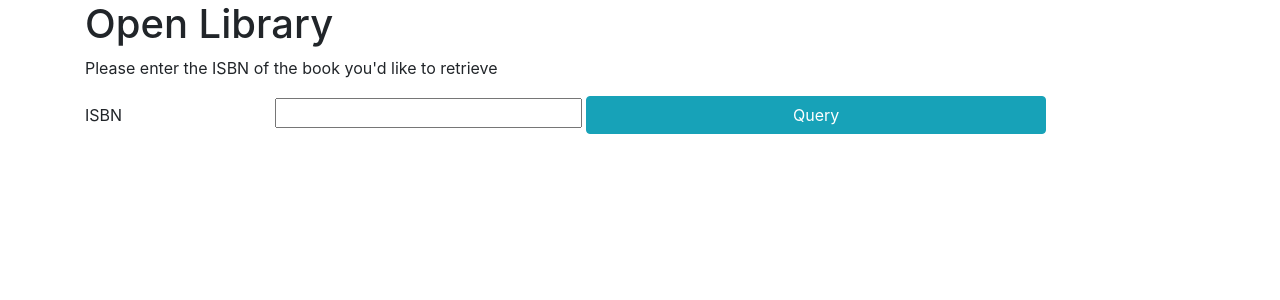
Repository: Voraphi/Jesus_Caballero-CST336-MIDTERM
Page: exams/midterm/index.html
The author's editor kept a record of every edit. The page is drawn from the files as they stood at one moment, then again after the next edit.
The browser window is 1280 px wide. The pictures show the whole page.

Above is the page before.

After the next edit:
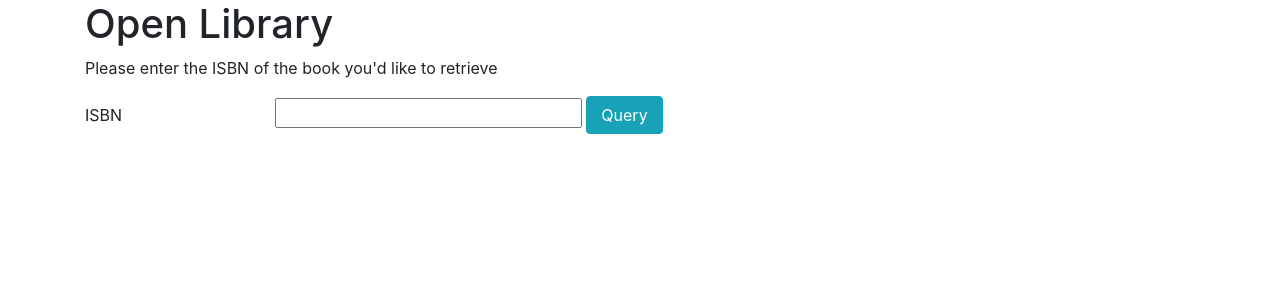
The edit:
--- a/exams/midterm/index.html
+++ b/exams/midterm/index.html
@@ -20,7 +20,7 @@
                 <div class="col-sm-10">
                     <span><input type="text" name="isbn" id="isbn" class="col-sm-4"/></span>
                     <!--<input type="password" id="passwordAgain" class="form-control" name="passwordAgain"/><br/>-->
-                    <button type="button" class="btn btn-info col-sm-6" id="isbn-query">Query</button>
+                    <span><button type="button" class="btn btn-info col-sm-1" id="isbn-query">Query</button></span>
                     <!--<span id="passwordAgainError"></span><br/>-->
                 </div>
             </div>
